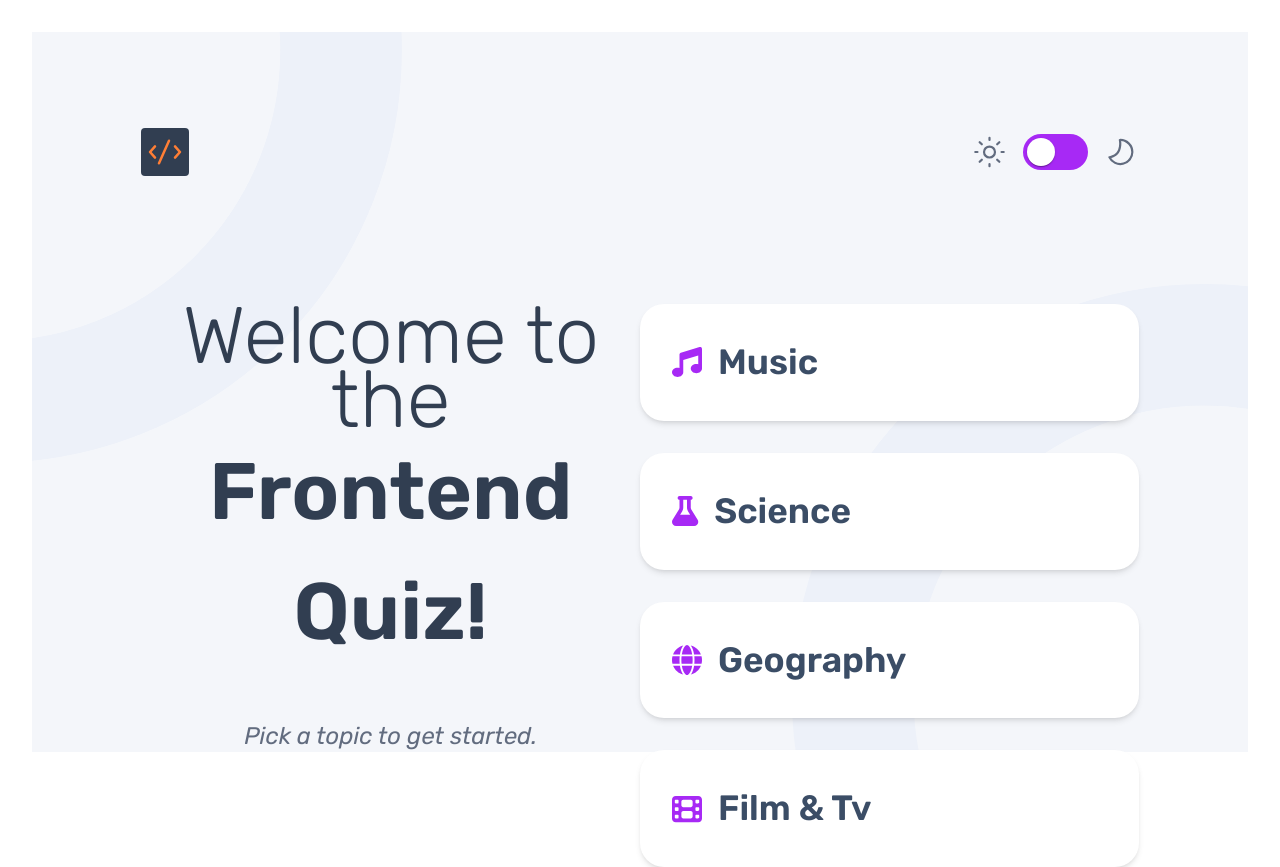
Repository: Shenixo/QuizApp
Page: /
These files come from the project's save history. The page is drawn as it stood at one moment and after the next save; the edit follows.
The browser window is 1280 px wide. The pictures show the whole page.
The project was rebuilt for these pictures with package versions that can differ from the ones it lists, and the page was loaded fresh each time. Also part of the build but not shown: vite.config.js.

Above is the page before, as saved 2025-03-31 14:45:32.

After the next save:
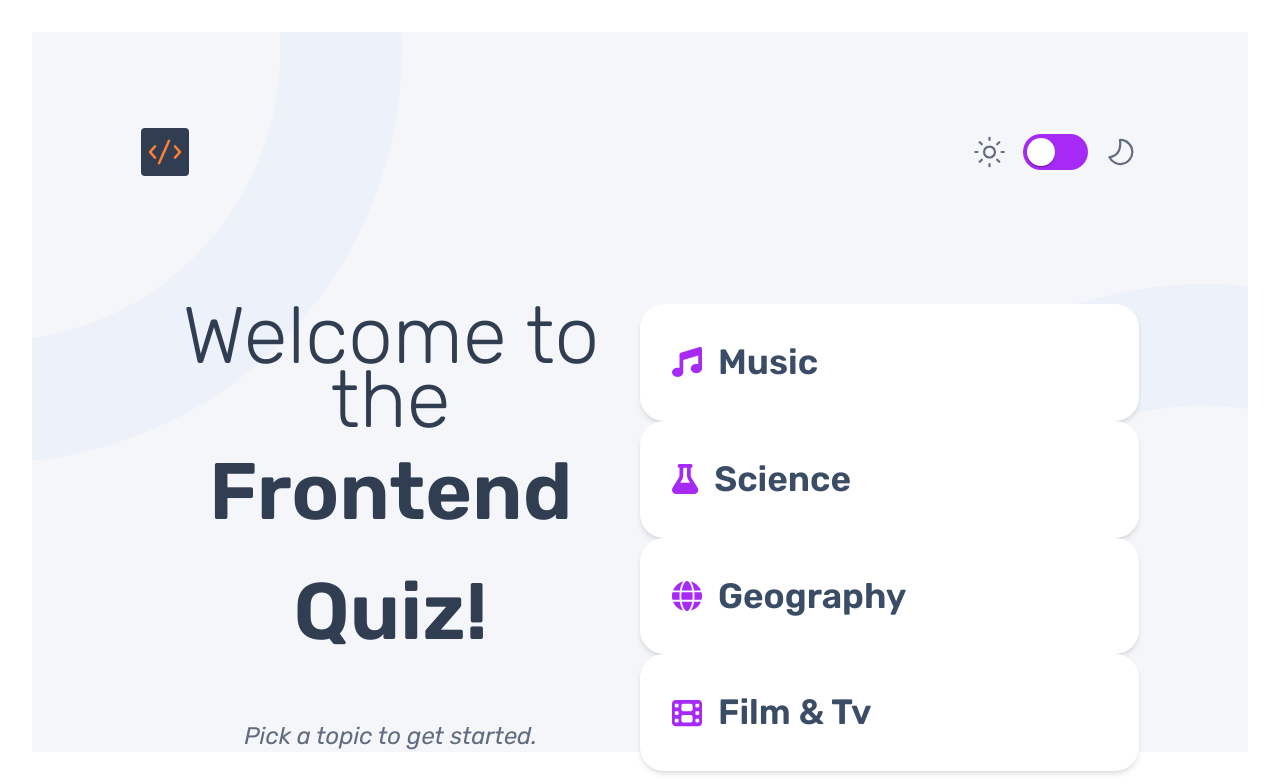
Saved 11 s later.
--- a/src/Components/Option/Option.jsx
+++ b/src/Components/Option/Option.jsx
@@ -13,7 +13,7 @@ const options = [
 const Option = () => {
   const { isDarkMode } = useAppContext();
   return (
-    <ul className="flex gap-8 flex-col">
+    <ul className="flex gap- flex-col">
       {options.map(({ icon, option }, idx) => (
         <li
           key={idx}
